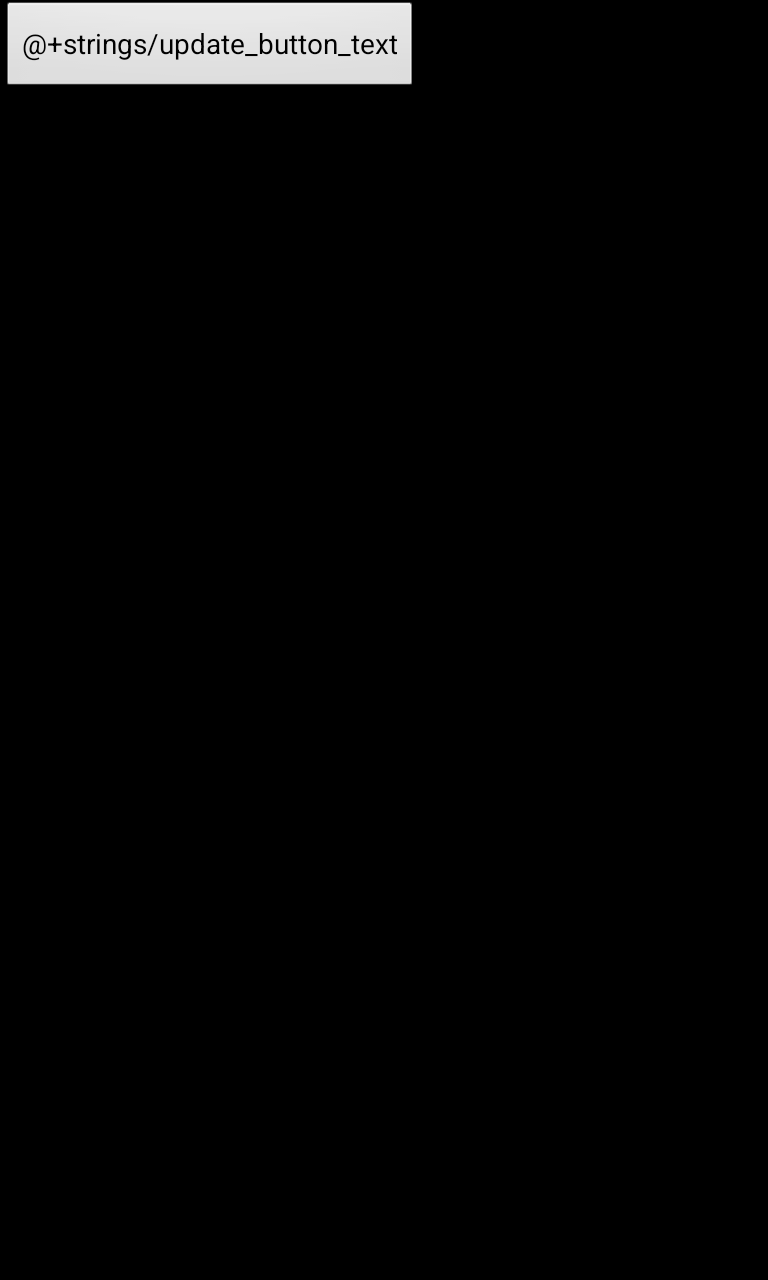
Repository: JerryScript-duplicate/BacksideUpdater
Layout: BacksideUpdater/res/layout/main.xml
The author's editor kept a copy of each file at every save. The layout is drawn from the files as they stood at one save, then again after the next save.
It is drawn on a 768 x 1280 px phone screen (xhdpi) without system bars, with theme android:Theme; the app's code is not run.

Above is the layout before, as saved 2012-01-18 20:45:17.

After the next save:
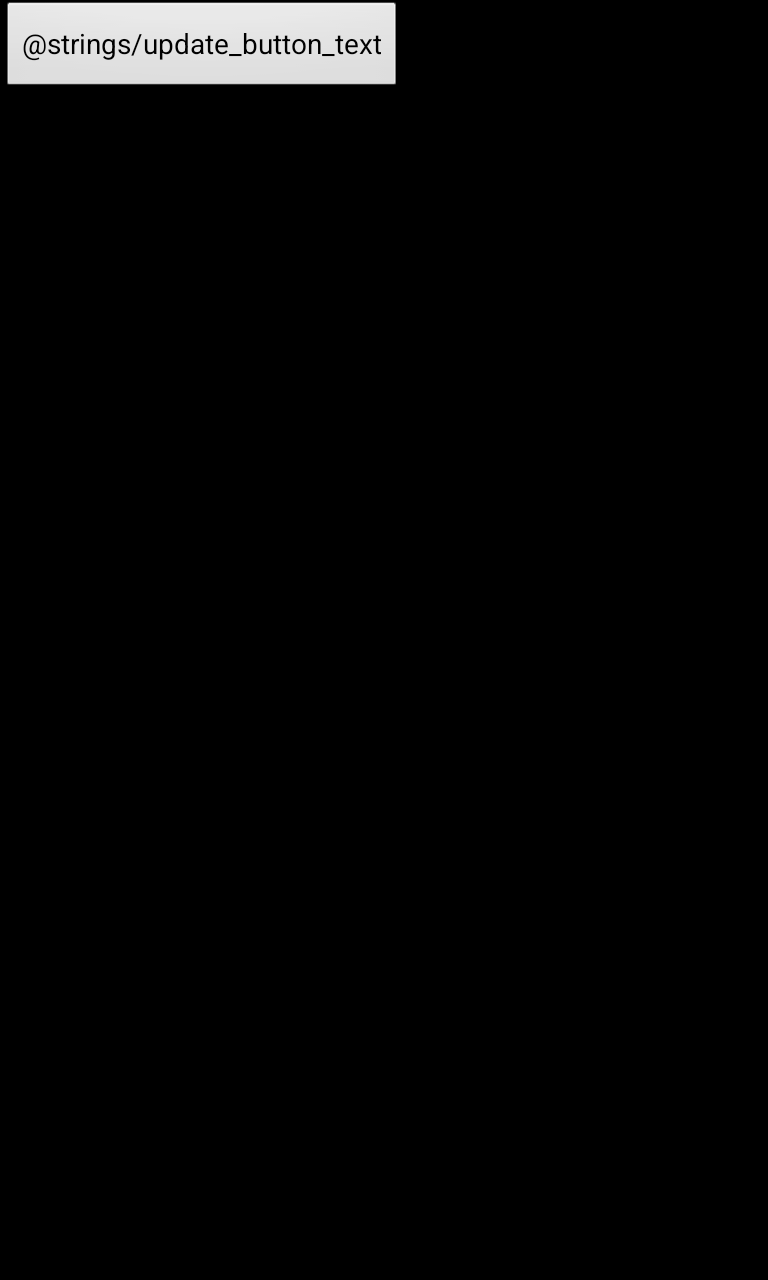
Saved 102 s later.
--- a/BacksideUpdater/res/layout/main.xml
+++ b/BacksideUpdater/res/layout/main.xml
@@ -15,7 +15,7 @@
         android:layout_width="wrap_content"
         android:layout_height="wrap_content"
         android:onClick="myClickHandler"
-        android:text="@+strings/update_button_text" >
+        android:text="@strings/update_button_text" >
     </Button>
 
     <TextView
